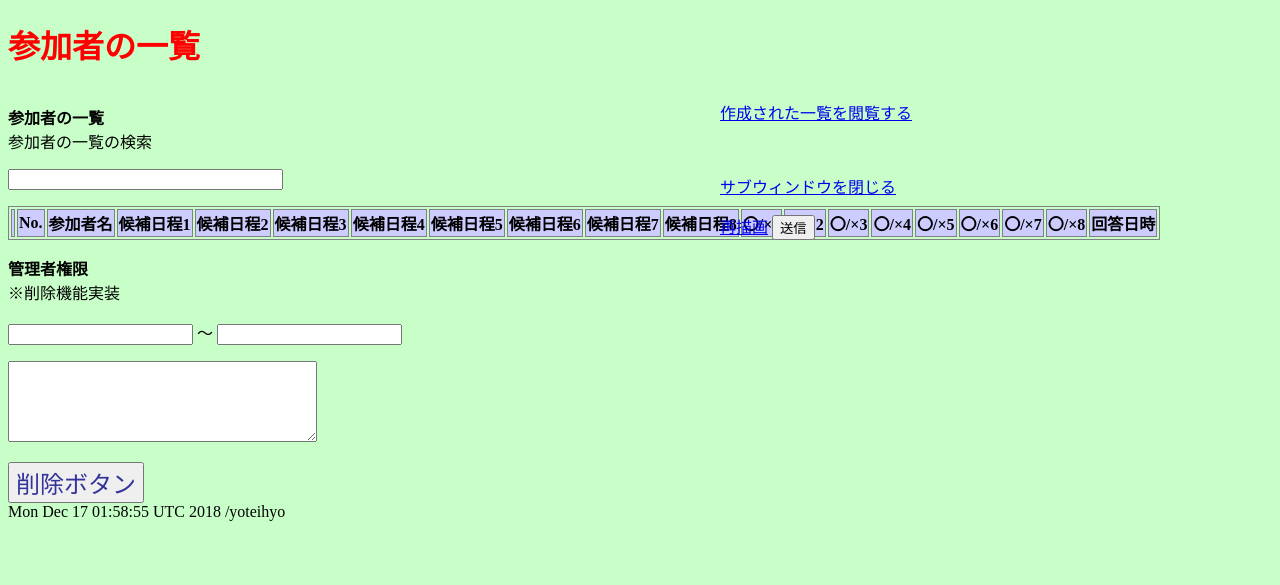
Repository: LungTel/servlet
Page: http://localhost/yoteihyo/attendeeItiran.jsp
An editor plug-in stored every save of this project. The page is shown before and after the next save, followed by the edit.
The browser window is 1280 px wide. The pictures show the whole page.
The page is served by Tomcat 9.

Above is the page before, as saved 2018-12-19 11:07:03.

After the next save:
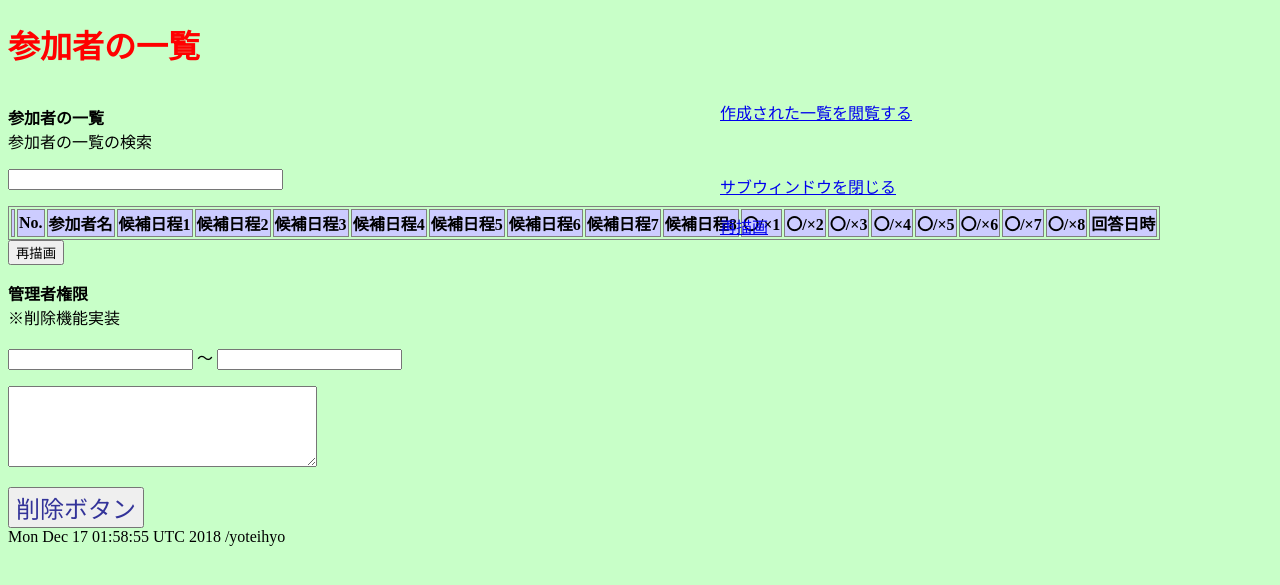
Saved 50 s later.
--- a/yoteihyo/attendeeItiran.jsp
+++ b/yoteihyo/attendeeItiran.jsp
@@ -102,7 +102,12 @@
 	<% } %>
 </table>
 
+<form method="post" action="/yoteihyo/attendeeItiran.jsp">
+
 <div id="IDNO"></div>
+
+<input type="submit" value="嵞昤夋" />
+</form>
 
 <p> <b>娗棟幰尃尷</b> <BR>
 仸嶍彍婡擻幚憰</p>
@@ -126,11 +131,10 @@
 <a href="/yoteihyo/servlet/yoteihyo.ItiranServlet">
 嶌惉偝傟偨堦棗傪墈棗偡傞</a>
 <p class="BackLink"><a href="#" onClick="window.close(); return false;">僒僽僂傿儞僪僂傪暵偠傞</a></p>
-<form method="post" action="birth.jsp">
+
 <a href="/yoteihyo/attendeeItiran.jsp">
 嵞昤夋</a>
-<input type="submit" value="憲怣" />
-</form>
+
 </div>
 
 </BODY>
